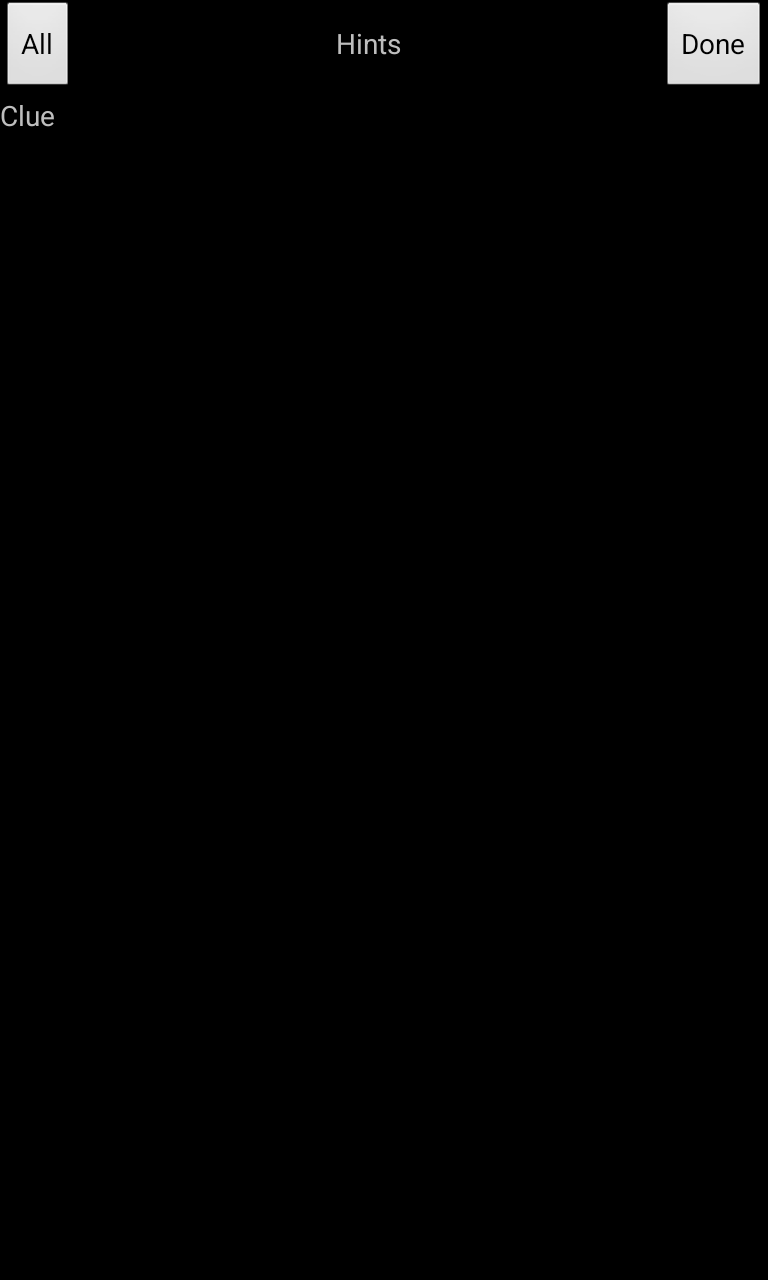
Repository: simplesns/workspace
Layout: eclipse/DEPuzzles/res/layout/crosswordshint.xml
An editor plug-in stored every save of this project. The layout is shown before and after the next save, followed by the edit.
It is drawn on a 768 x 1280 px phone screen (xhdpi) without system bars, with theme android:Theme; the app's code is not run.

Above is the layout before, as saved 2011-01-29 07:33:14.

### eclipse/DEPuzzles/res/layout/crosswordshint.xml
<?xml version="1.0" encoding="utf-8"?>
<LinearLayout xmlns:android="http://schemas.android.com/apk/res/android"
	android:layout_width="fill_parent" android:layout_height="fill_parent" android:orientation="vertical">
	<LinearLayout android:id="@+id/LinearLayout01"
		android:layout_height="wrap_content" android:layout_width="fill_parent">
		<Button android:id="@+id/Button01" android:layout_width="wrap_content"
			android:layout_height="wrap_content" android:text="All"></Button>
		<TextView android:id="@+id/TextView01" android:layout_width="wrap_content"
			android:layout_height="wrap_content" android:text="Hints"
			android:layout_weight="1" android:gravity="center_horizontal"></TextView>
		<Button android:id="@+id/Button02" android:layout_width="wrap_content"
			android:layout_height="wrap_content" android:text="Done"></Button>
	</LinearLayout>
	<TextView android:id="@+id/TextView02"
		android:layout_width="wrap_content" android:layout_height="wrap_content" android:text="Clue"></TextView>
<TextView android:text="@+id/TextView03" android:id="@+id/TextView03" android:layout_width="wrap_content" android:layout_height="wrap_content"></TextView>
<TextView android:text="@+id/TextView04" android:id="@+id/TextView04" android:layout_width="wrap_content" android:layout_height="wrap_content"></TextView>
</LinearLayout>

After the next save:
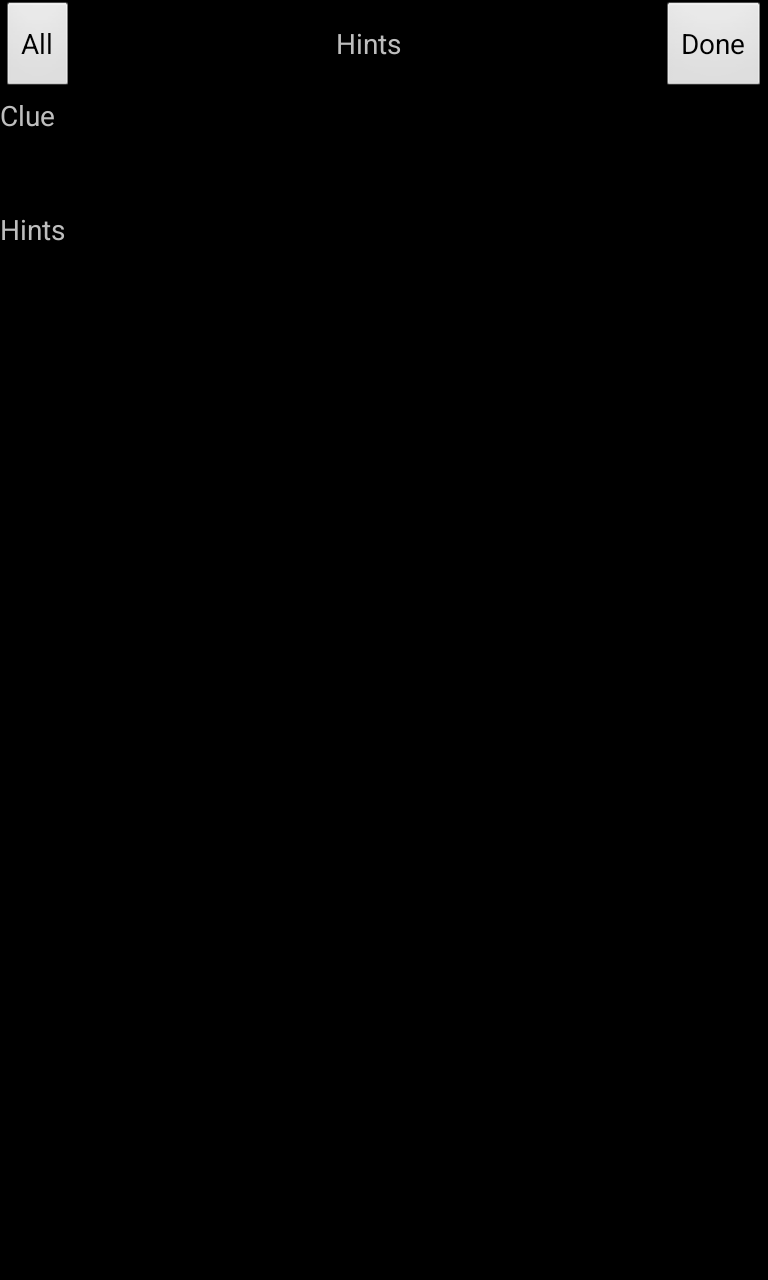
Saved 26 s later.
--- a/eclipse/DEPuzzles/res/layout/crosswordshint.xml
+++ b/eclipse/DEPuzzles/res/layout/crosswordshint.xml
@@ -15,4 +15,5 @@
 		android:layout_width="wrap_content" android:layout_height="wrap_content" android:text="Clue"></TextView>
 <TextView android:text="@+id/TextView03" android:id="@+id/TextView03" android:layout_width="wrap_content" android:layout_height="wrap_content"></TextView>
 <TextView android:text="@+id/TextView04" android:id="@+id/TextView04" android:layout_width="wrap_content" android:layout_height="wrap_content"></TextView>
+<TextView android:id="@+id/TextView05" android:layout_width="wrap_content" android:layout_height="wrap_content" android:text="Hints"></TextView>
 </LinearLayout>
